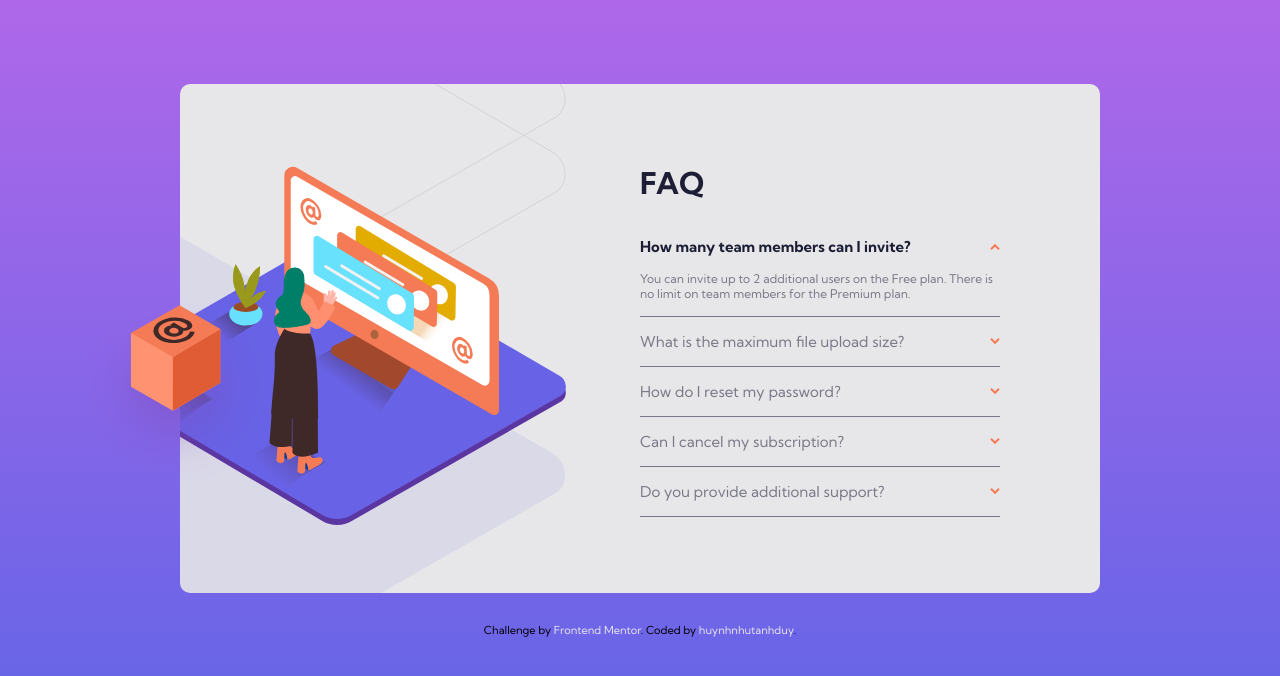
Repository: huynhnhutanhduy/faq-accordion-card
Page: index.html
The author's editor kept a copy of each file at every save. The page is drawn from the files as they stood at one save, then again after a run of saves.
The browser window is 1280 px wide. The pictures show the whole page.
After loading, the first visible `div.card-item__header` was clicked once.

Above is the page before, as saved 2022-10-22 15:13:05.

### index.html
<!DOCTYPE html>
<html lang="en">
  <head>
    <meta charset="UTF-8" />
    <meta name="viewport" content="width=device-width, initial-scale=1.0" />
    <link rel="icon" type="image/png" sizes="32x32" href="./images/favicon-32x32.png" />
    <title>Frontend Mentor | FAQ Accordion Card</title>
    <link rel="preconnect" href="https://fonts.googleapis.com" />
    <link rel="preconnect" href="https://fonts.gstatic.com" crossorigin />
    <link
      href="https://fonts.googleapis.com/css2?family=Kumbh+Sans:wght@400;700&display=swap"
      rel="stylesheet"
    />
    <link rel="stylesheet" href="./app.css" />
  </head>
  <body>
    <main>
      <article class="card">
        <div class="card-media">
          <div class="card-img"></div>
          <img src="./images/illustration-box-desktop.svg" alt="box-icon" class="card-box" />
        </div>
        <div class="card-content">
          <h1 class="card-title">faq</h1>
          <div class="card-list">
            <div class="card-item active">
              <div class="card-item__header">
                <span class="card-item__title">How many team members can I invite? </span>
                <img src="./images/icon-arrow-down.svg" alt="" class="card-item__icon" />
              </div>
              <div class="card-item__content">
                <div class="card-item__content-inner">
                  You can invite up to 2 additional users on the Free plan. There is no limit
                  on team members for the Premium plan.
                </div>
              </div>
            </div>
            <div class="card-item">
              <div class="card-item__header">
                <span class="card-item__title">What is the maximum file upload size? </span>
                <img src="./images/icon-arrow-down.svg" alt="" class="card-item__icon" />
              </div>
              <div class="card-item__content">
                <div class="card-item__content-inner">
                  No more than 2GB. All files in your account must fit your allotted storage
                  space.
                </div>
              </div>
            </div>
            <div class="card-item">
              <div class="card-item__header">
                <span class="card-item__title">How do I reset my password? </span>
                <img src="./images/icon-arrow-down.svg" alt="" class="card-item__icon" />
              </div>
              <div class="card-item__content">
                <div class="card-item__content-inner">
                  Click “Forgot password” from the login page or “Change password” from your
                  profile page. A reset link will be emailed to you.
                </div>
              </div>
            </div>
            <div class="card-item">
              <div class="card-item__header">
                <span class="card-item__title">Can I cancel my subscription? </span>
                <img src="./images/icon-arrow-down.svg" alt="" class="card-item__icon" />
              </div>
              <div class="card-item__content">
                <div class="card-item__content-inner">
                  Yes! Send us a message and we’ll process your request no questions asked.
                </div>
              </div>
            </div>
            <div class="card-item">
              <div class="card-item__header">
                <span class="card-item__title">Do you provide additional support? </span>
                <img src="./images/icon-arrow-down.svg" alt="" class="card-item__icon" />
              </div>
              <div class="card-item__content">
                <div class="card-item__content-inner">
                  Chat and email support is available 24/7. Phone lines are open during normal
                  business hours.
                </div>
              </div>
            </div>
          </div>
        </div>
      </article>
    </main>
    <footer class="attribution">
      Challenge by
      <a href="https://www.frontendmentor.io?ref=challenge" target="_blank">Frontend Mentor</a
      >. Coded by <a href="https://github.com/huynhnhutanhduy">huynhnhutanhduy</a>.
    </footer>

    <script src="./app.js"></script>
  </body>
</html>

### app.css
:root {
  --very-dark-desaturated-blue: hsl(238, 29%, 16%);
  --soft-red: hsl(14, 88%, 65%);
  --soft-violet: hsl(273, 75%, 66%);
  --soft-blue: hsl(240, 73%, 65%);
  --very-dark-grayish-blue: hsl(237, 12%, 33%);
  --dark-grayish-blue: hsl(240, 6%, 50%);
  --light-grayish-blue: hsl(240, 5%, 91%);
}
* {
  margin: 0;
  padding: 0;
  border: 0;
}
*,
*::before,
*::after,
html {
  box-sizing: border-box;
}
html {
  font-size: 62.5%;
}
body {
  font-size: 1.2rem;
  font-weight: normal;
  font-family: "Kumbh Sans", sans-serif;
  background-image: linear-gradient(var(--soft-violet), var(--soft-blue));
  margin: 0;
  height: 100vh;
  width: 100vw;
  display: grid;
  justify-content: center;
  align-content: center;
}
a {
  text-decoration: none;
}
img {
  display: block;
  max-width: 100%;
}

.attribution {
  font-size: 11px;
  text-align: center;
}
.attribution a {
  color: var(--light-grayish-blue);
}

.card {
  border-radius: 1rem;
  margin-bottom: 3rem;
  background-color: var(--light-grayish-blue);
  height: 509px;
  width: 920px;
  display: grid;
  grid-template-columns: 400px 1fr;
  grid-gap: 6rem;
  background-image: url("./images/bg-pattern-desktop.svg");
  background-repeat: no-repeat;
  background-position: 1260% 65%;
}
.card-media {
  position: relative;
}
.card-img {
  background: url("./images/illustration-woman-online-desktop.svg");
  height: 100%;
  background-repeat: no-repeat;
  background-position: 120% center;
}
.card-box {
  position: absolute;
  top: 42%;
  left: -25%;
}

.card-content {
  padding: 8rem 10rem 9rem 0;
}
.card-title {
  text-transform: uppercase;
  margin-bottom: 2rem;
  font-size: 3rem;
  color: var(--very-dark-desaturated-blue);
}
.card-item {
  padding-top: 1.5rem;
  border-bottom: 1px solid var(--dark-grayish-blue);
}
.card-item__header {
  display: flex;
  justify-content: space-between;
  font-size: 1.5rem;
  padding-bottom: 1.5rem;
  cursor: pointer;
  transition: all 0.25s linear;
  align-items: center;
}
.card-item__icon {
  width: 10px;
  height: 7px;
}
.card-item__header > * {
  pointer-events: none;
}
.card-item__header,
.card-item__content {
  color: var(--dark-grayish-blue);
}
.card-item__header-icon {
  color: var(--soft-red);
}
.card-item__content {
  /* display: none; */
  height: 0;
  overflow: hidden;
  transition: all 0.25s linear;
}
.active span {
  color: var(--very-dark-desaturated-blue);
  font-weight: 700;
}
.active img {
  transform: rotate(180deg);
  transition: all 0.25s linear;
}
.active .card-item__content {
  /* display: block; */
  height: auto;
}
/* .card-item__content {
  height: 0;
  overflow: hidden;
  transition: all 0.25s linear;
}
.card-item__content.is-active {
  height: auto;
} */
.card-item__content-inner {
  margin-bottom: 1.5rem;
}

### app.js
const headers = document.querySelectorAll(".card-item__header");
[...headers].forEach((item) =>
  item.addEventListener("click", function (e) {
    // if (e.target.parentNode.classList.contains("active")) {
    //   e.target.parentNode.classList.toggle("active");
    //   console.log(1);
    // } else {
    //   headers.forEach((value) => value.parentNode.classList.remove("active"));
    //   e.target.parentNode.classList.add("active");
    //   console.log(0);
    // }
    // console.log(e.target);
    // console.log(e.target.parentNode.classList.contains("active"));
    console.log(e.target.nextElementSibling);
    console.log(e.target.nextElementSibling.style.height);
    console.log(e.target.nextElementSibling.scrollHeight);
  })
);

After the next 2 saves:
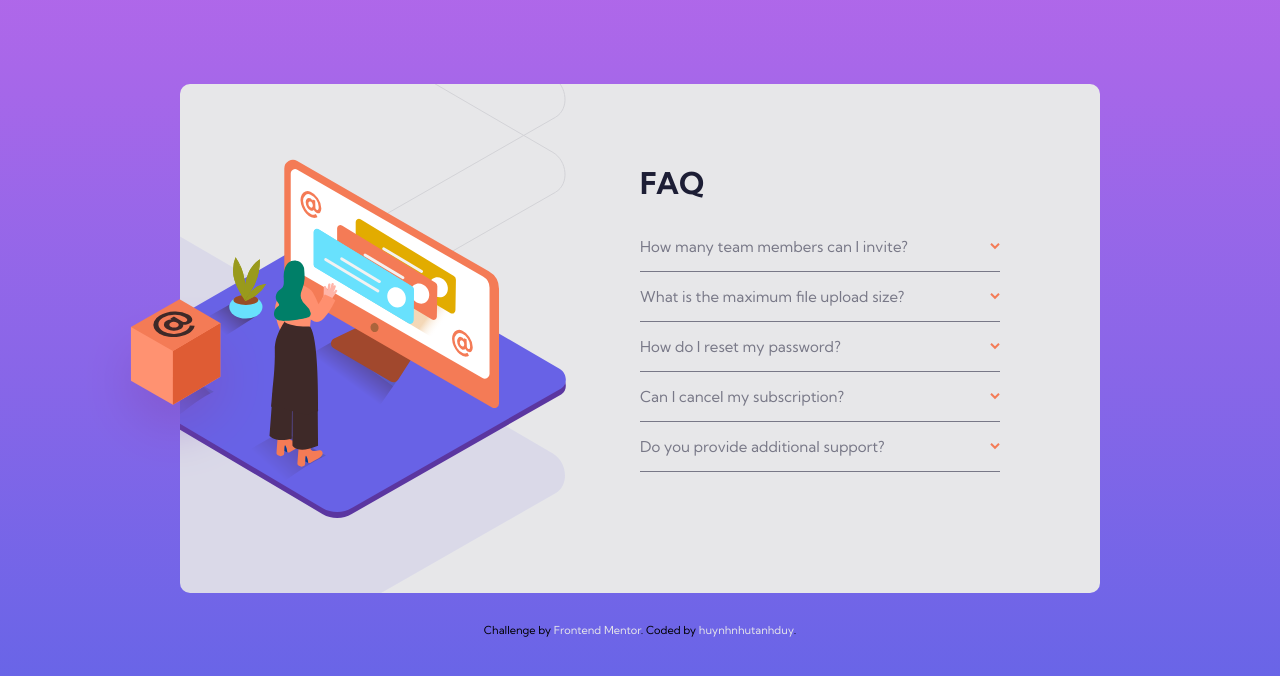
The 2 saves are shown as one change because they came seconds apart.
The last was saved 19 s later.
--- a/app.js
+++ b/app.js
@@ -1,18 +1,13 @@
 const headers = document.querySelectorAll(".card-item__header");
 [...headers].forEach((item) =>
   item.addEventListener("click", function (e) {
-    // if (e.target.parentNode.classList.contains("active")) {
-    //   e.target.parentNode.classList.toggle("active");
-    //   console.log(1);
-    // } else {
-    //   headers.forEach((value) => value.parentNode.classList.remove("active"));
-    //   e.target.parentNode.classList.add("active");
-    //   console.log(0);
-    // }
-    // console.log(e.target);
-    // console.log(e.target.parentNode.classList.contains("active"));
-    console.log(e.target.nextElementSibling);
-    console.log(e.target.nextElementSibling.style.height);
-    console.log(e.target.nextElementSibling.scrollHeight);
+    if (e.target.parentNode.classList.contains("active")) {
+      e.target.parentNode.classList.toggle("active");
+      console.log(1);
+    } else {
+      headers.forEach((value) => value.parentNode.classList.remove("active"));
+      e.target.parentNode.classList.add("active");
+      console.log(0);
+    }
   })
 );
